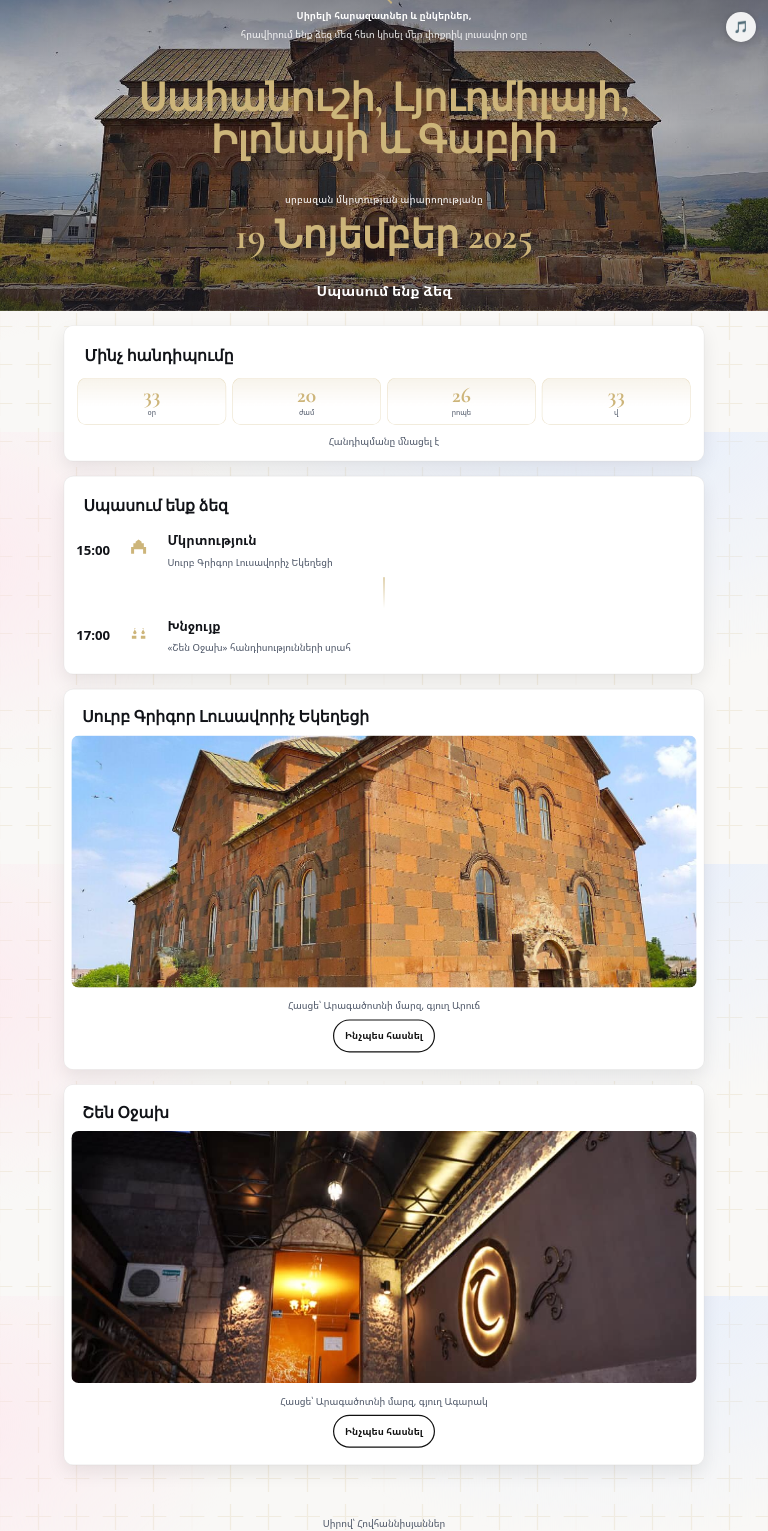
Repository: vardgeshakobyann/hraviratoms
Page: index.html
These files come from the project's save history. The page is drawn as it stood at one moment and after the next save; the edit follows.
The browser window is 1280 px wide. The pictures show the whole page, at 60% of full size.
Backgrounds fixed to the window are drawn as part of the page.

Above is the page before, as saved 2025-10-18 09:18:07.

After the next save:
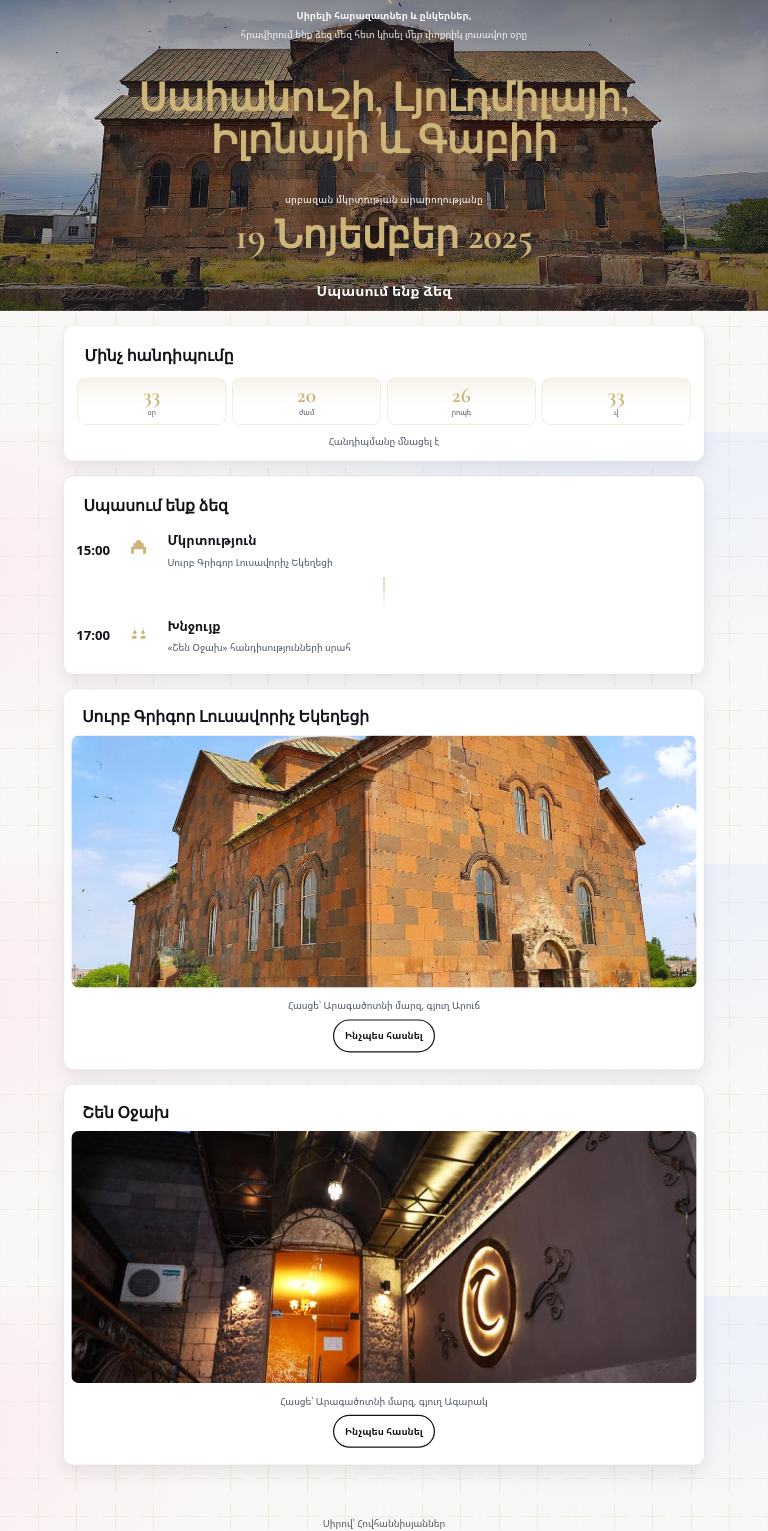
Saved 71 s later.
--- a/script.js
+++ b/script.js
@@ -1,75 +1,3 @@
-// Background Music Setup
-let backgroundMusic = null;
-let isMusicPlaying = false;
-
-function initBackgroundMusic() {
-  // Create audio element
-  backgroundMusic = new Audio();
-  backgroundMusic.src = 'music/background.mp3'; // You'll need to add your music file
-  backgroundMusic.loop = true;
-  backgroundMusic.volume = 0.3; // 30% volume
-
-  // Handle autoplay restrictions
-  backgroundMusic.addEventListener('canplaythrough', () => {
-    // Music is ready to play
-  });
-
-  // Create music control button
-  const musicButton = document.createElement('button');
-  musicButton.id = 'musicToggle';
-  musicButton.innerHTML = '🎵';
-  musicButton.style.cssText = `
-    position: fixed;
-    top: 20px;
-    right: 20px;
-    z-index: 1000;
-    background: rgba(255, 255, 255, 0.9);
-    border: none;
-    border-radius: 50%;
-    width: 50px;
-    height: 50px;
-    font-size: 20px;
-    cursor: pointer;
-    box-shadow: 0 2px 10px rgba(0,0,0,0.2);
-    transition: all 0.3s ease;
-  `;
-
-  document.body.appendChild(musicButton);
-
-  // Music toggle functionality
-  musicButton.addEventListener('click', async () => {
-    try {
-      if (isMusicPlaying) {
-        backgroundMusic.pause();
-        musicButton.innerHTML = '🎵';
-        musicButton.style.opacity = '0.5';
-        isMusicPlaying = false;
-      } else {
-        await backgroundMusic.play();
-        musicButton.innerHTML = '🔊';
-        musicButton.style.opacity = '1';
-        isMusicPlaying = true;
-      }
-    } catch (error) {
-      console.log('Music play failed:', error);
-      // Show user interaction required message
-      alert('Սեղմեք երաժշտությունը միացնելու համար');
-    }
-  });
-
-  // Handle page visibility changes
-  document.addEventListener('visibilitychange', () => {
-    if (document.hidden && isMusicPlaying) {
-      backgroundMusic.pause();
-    } else if (!document.hidden && isMusicPlaying) {
-      backgroundMusic.play().catch(() => {});
-    }
-  });
-}
-
-// Initialize music when page loads
-document.addEventListener('DOMContentLoaded', initBackgroundMusic);
-
 // Smooth scroll from chevron
 document.getElementById('scrollDown')?.addEventListener('click', () => {
   document.getElementById('program')?.scrollIntoView({ behavior: 'smooth' });
